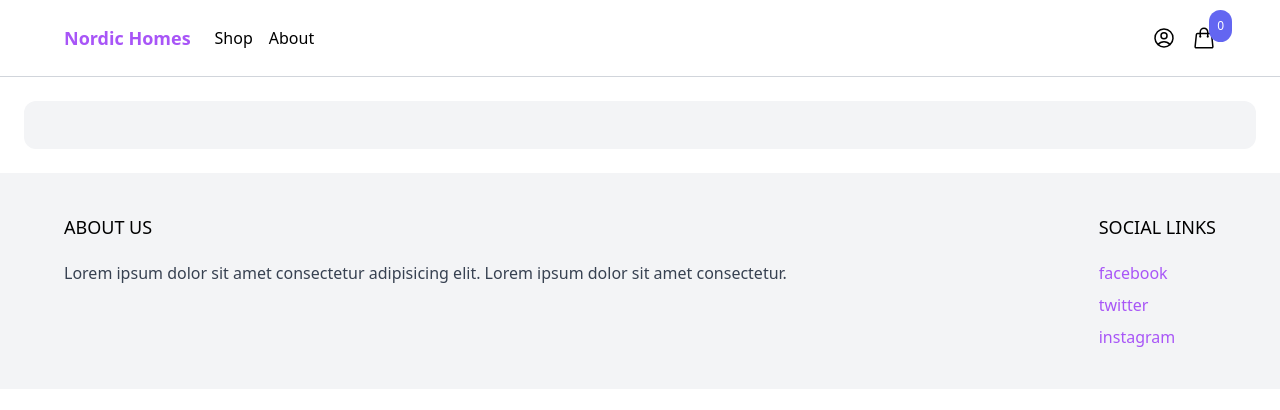
Repository: Calin224/NordicHomes
Page: core/templates/core/signup.html
An editor plug-in stored every save of this project. The page is shown before and after the next save, followed by the edit.
The browser window is 1280 px wide. The pictures show the whole page.
Some web libraries are served in a nearby version. The template is drawn by Django 4.2. The application's start-up code is not run. The template is opened directly, without the code that normally fills it, so the values that code supplies are empty.

Above is the page before, as saved 2023-02-15 21:37:42.

After the next save:
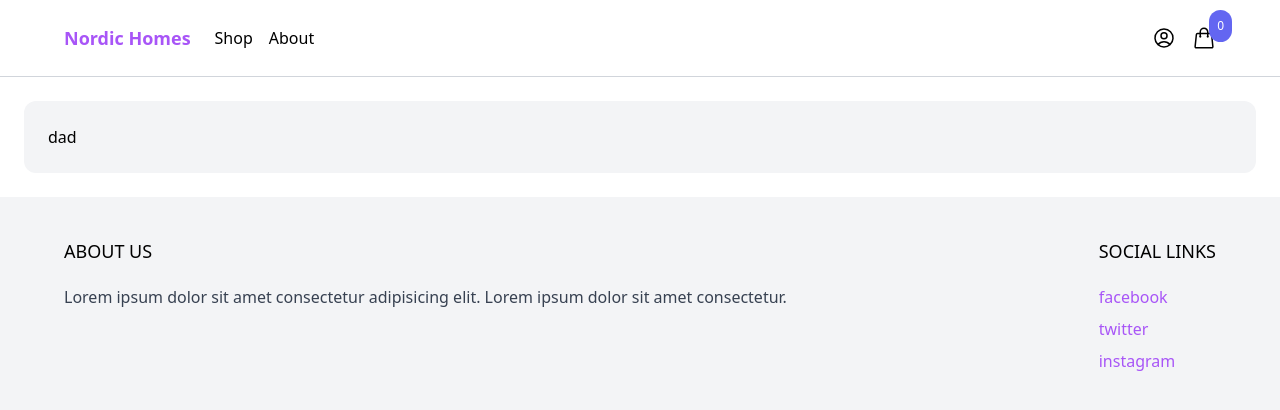
Saved 4 s later.
--- a/core/templates/core/signup.html
+++ b/core/templates/core/signup.html
@@ -3,7 +3,9 @@
 {% block content %}
 
 <div class="max-2-lg mx-auto flex flex-wrap p-6">
-    <div class="w-full bg-gray-100 p-6 rounded-xl"></div>
+    <div class="w-full bg-gray-100 p-6 rounded-xl">
+        dad
+    </div>
 </div>
 
 {% endblock content %}
